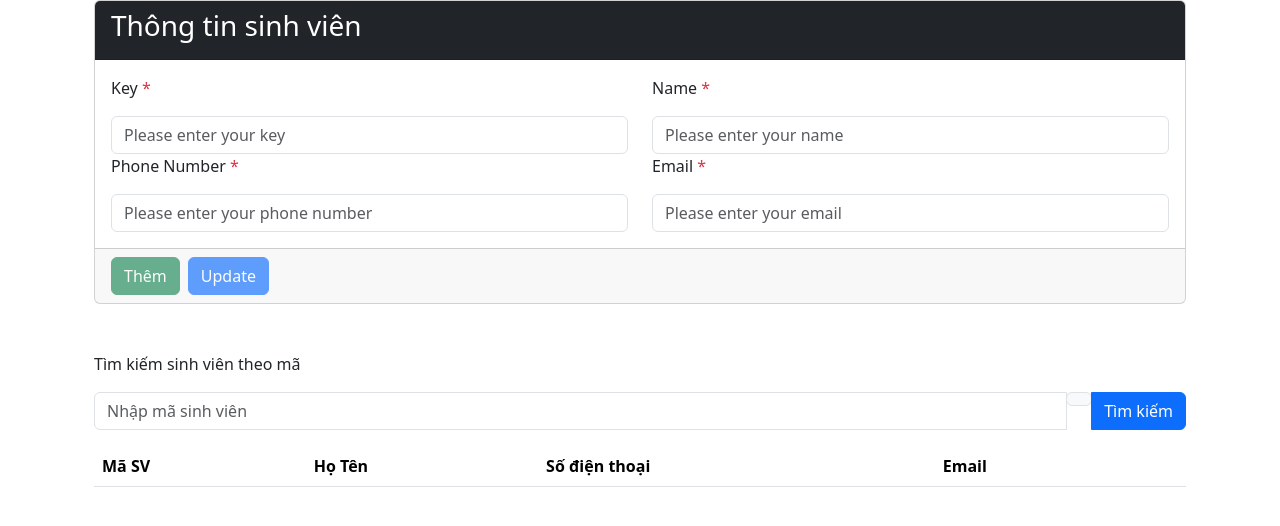
Repository: KhoiNguyen77/BT_REACT_FORM
Page: /
These files come from the project's save history. The page is drawn as it stood at one moment and after the next save; the edit follows.
The browser window is 1280 px wide. The pictures show the whole page.
The project was rebuilt for these pictures with package versions that can differ from the ones it lists, and the page was loaded fresh each time.

Above is the page before, as saved 2023-05-29 09:33:53.

After the next save:
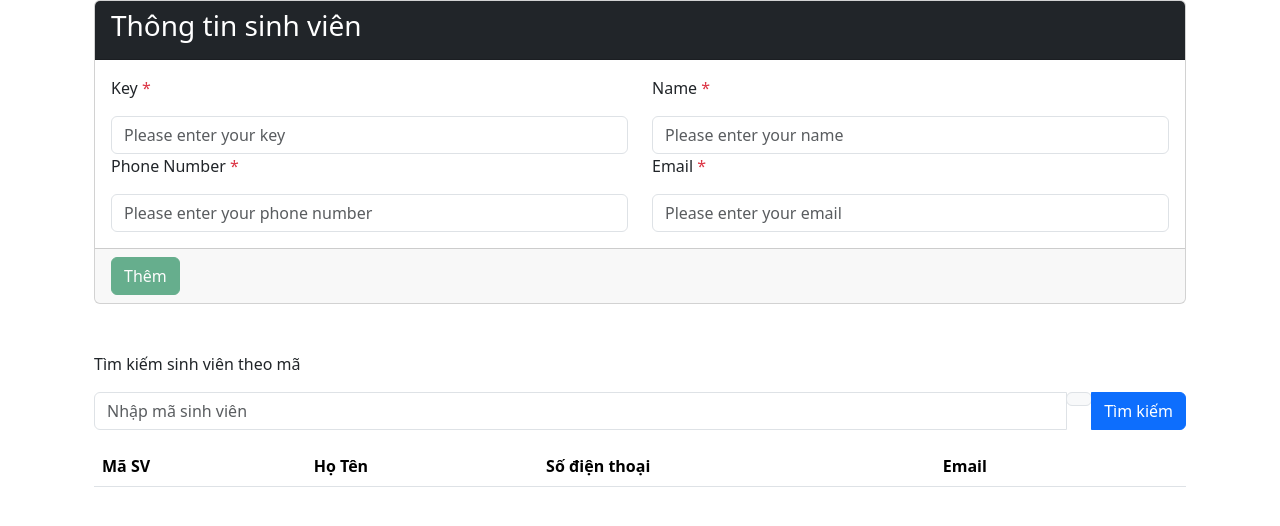
Saved 114 s later.
--- a/src/FormComponent/InputField.jsx
+++ b/src/FormComponent/InputField.jsx
@@ -18,7 +18,8 @@ export default class InputField extends PureComponent {
             },
             Disabled: true,
             disabledEdit: true,
-            display: ""
+            display: "",
+            updateDisplay: "none",
         }
     }
     UNSAFE_componentWillReceiveProps(nextProps) {
@@ -173,7 +174,7 @@ export default class InputField extends PureComponent {
                     </div>
                     <div className="card-footer">
                         <button type='submit' onClick={this.handleSubmit} className='btn btn-success' disabled={this.state.Disabled} style={{ display: this.state.display }}>Thêm</button>
-                        <button type='submit' className='btn btn-primary mx-2' disabled={this.state.disabledEdit} onClick={this.handleEdit} >Update</button>
+                        <button type='submit' className='btn btn-primary mx-2' disabled={this.state.disabledEdit} onClick={this.handleEdit} style={{ display: this.state.updateDisplay }} >Update</button>
                     </div>
                 </form>
             </div>
